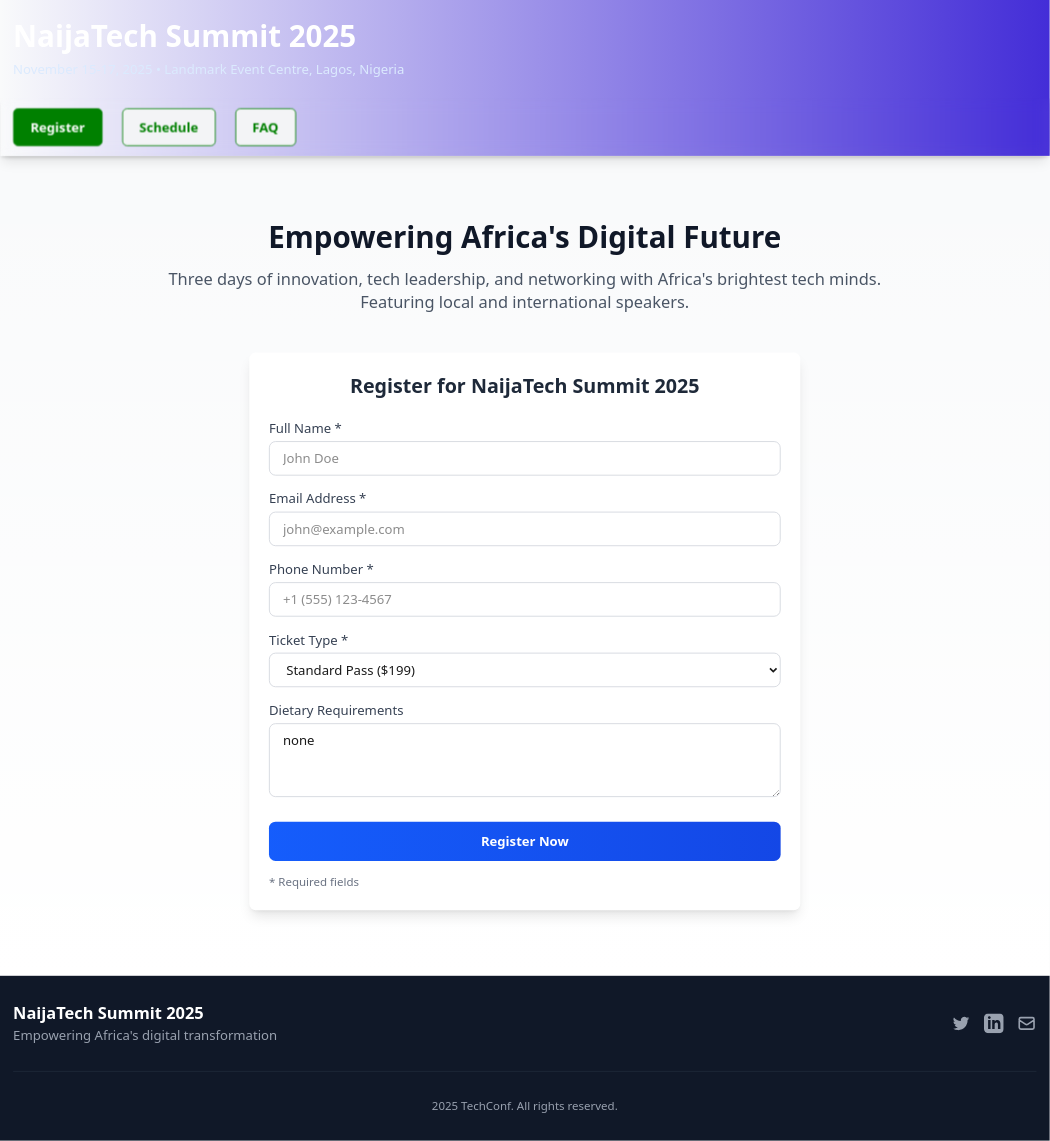
Repository: AYANO-EMMANUEL/fictional-tech-conf-event
Page: /
The author's editor kept a copy of each file at every save. The page is drawn from the files as they stood at one save, then again after the next save.
The browser window is 1280 px wide. The pictures show the whole page, at 82% of full size.
The project was rebuilt for these pictures with package versions that can differ from the ones it lists, and the page was loaded fresh each time. Also part of the build but not shown: vite.config.ts, src/components/Schedule/Schedule.tsx, src/components/FAQ/FAQ.tsx.

Above is the page before, as saved 2025-08-02 11:05:54.

### index.html
<!doctype html>
<html lang="en">
  <head>
    <meta charset="UTF-8" />
    <link rel="icon" type="image/svg+xml" href="/vite.svg" />
    <link rel="stylesheet" href="/src/index.css">
    <meta name="viewport" content="width=device-width, initial-scale=1.0" />
    <title>Vite + React + TS</title>
  </head>
  <body>
    <div id="root"></div>
    <script type="module" src="/src/main.tsx"></script>
  </body>
</html>

### src/index.css
/* @import "tailwindcss/components.css";
@import "tailwindcss/preflight.css";
@import "tailwindcss/utilities.css"; */
/* @tailwind base;
@tailwind components;
@tailwind utilities; */

@import "tailwindcss";

/* Custom styles */
.btn {
  display: inline-flex;
  align-items: center;
  justify-content: center;
  font-weight: 600;
  padding: 0.625rem 1.25rem;
  border-radius: 0.375rem;
  transition: all 0.2s ease-in-out;
  cursor: pointer;
  border: 1px solid transparent;
  box-shadow: 0 1px 2px 0 rgba(0, 0, 0, 0.05);
}

.btn:focus {
  outline: 2px solid transparent;
  outline-offset: 2px;
  box-shadow: 0 0 0 3px rgba(59, 130, 246, 0.5);
}

/* Primary Button */
.btn-primary {
  /* @apply bg-nigeria-green text-white hover:bg-green-700 focus:bg-green-700 active:bg-green-800; */
  background-color: green;
  color: white;
  border-color: green;
}

.btn-primary:focus {
  outline: 2px solid transparent;
  outline-offset: 2px;
  box-shadow: 0 0 0 3px rgba(59, 130, 246, 0.5);
}

.btn-primary:hover {
  transform: translateY(-1px);
  box-shadow: 0 4px 6px -1px rgba(0, 0, 0, 0.1), 0 2px 4px -1px rgba(0, 0, 0, 0.06);
}

.btn-primary:active {
  transform: translateY(0);
}

/* Secondary button */
.btn-secondary {
  /* @apply bg-white text-nigeria-green border-2 border-nigeria-green hover:bg-green-50 focus:bg-green-50 active:bg-green-100; */
  background-color: #f3f4f6;
  color: green;
  border: 1px solid green;
}

.btn-secondary:hover {
  background-color: #e5e7eb;
  transform: translateY(-1px);
  box-shadow: 0 4px 6px -1px rgba(0, 0, 0, 0.1), 0 2px 4px -1px rgba(0, 0, 0, 0.06);
}

.btn-secondary:active {
  transform: translateY(0);
}

.card {
  background-color: white;
  border-radius: 0.5rem;
  box-shadow: 0 4px 6px -1px rgb(0 0 0 / 0.1), 0 2px 4px -2px rgb(0 0 0 / 0.1);
  overflow: hidden;
  transition-property: all;
  transition-timing-function: cubic-bezier(0.4, 0, 0.2, 1);
  transition-duration: 200ms;
}

.card:hover {
  box-shadow: 0 10px 15px -3px rgb(0 0 0 / 0.1), 0 4px 6px -4px rgb(0 0 0 / 0.1);
}

.form-input {
  width: 100%;
  padding: 0.5rem 1rem;
  border-width: 1px;
  border-color: #d1d5db;
  border-radius: 0.5rem;
  transition-property: color, background-color, border-color, text-decoration-color, fill, stroke, opacity, box-shadow, transform, filter, backdrop-filter;
  transition-timing-function: cubic-bezier(0.4, 0, 0.2, 1);
  transition-duration: 200ms;
}

.form-input:focus {
  outline: 2px solid transparent;
  outline-offset: 2px;
  --tw-ring-offset-shadow: var(--tw-ring-inset) 0 0 0 var(--tw-ring-offset-width) var(--tw-ring-offset-color);
  --tw-ring-shadow: var(--tw-ring-inset) 0 0 0 calc(2px + var(--tw-ring-offset-width)) var(--tw-ring-color);
  box-shadow: var(--tw-ring-offset-shadow), var(--tw-ring-shadow), var(--tw-shadow, 0 0 #0000);
  --tw-ring-color: rgb(59 130 246 / 0.5);
  --tw-ring-offset-width: 0px;
  border-color: transparent;
}

.form-label {
  display: block;
  color: #374151;
  font-weight: 500;
  margin-bottom: 0.25rem;
}

/* Base styles */
:root {
  font-family: system-ui, -apple-system, BlinkMacSystemFont, 'Segoe UI', Roboto, 'Helvetica Neue', Arial, sans-serif;
  line-height: 1.5;
  font-weight: 400;
  color: #1a1a1a;
  background-color: #f9fafb;
  font-synthesis: none;
  text-rendering: optimizeLegibility;
  -webkit-font-smoothing: antialiased;
  -moz-osx-font-smoothing: grayscale;
}

/* Animations */
@keyframes fadeIn {
  from { opacity: 0; transform: translateY(10px); }
  to { opacity: 1; transform: translateY(0); }
}

.animate-fade-in {
  animation: fadeIn 0.3s ease-out forwards;
}

### src/main.tsx
import React from 'react';
import { createRoot } from 'react-dom/client';
import App from './App';
import './index.css';

const container = document.getElementById('root');
if (!container) throw new Error('Failed to find the root element');
const root = createRoot(container);

root.render(
  <React.StrictMode>
    <App />
  </React.StrictMode>
);

### src/App.tsx
import { useState } from 'react';
import { RegistrationForm } from './components/Form/RegistrationForm';
import Schedule from './components/Schedule/Schedule';
import FAQ from './components/FAQ/FAQ';

function App() {
  const [activeSection, setActiveSection] = useState<'register' | 'schedule' | 'faq'>('register');

  return (
    <div className="min-h-screen bg-gray-50">
      {/* Header */}
      <header className="bg-gradient-to-r from-[green-400] to-indigo-700 text-white shadow-lg">
        <div className="container mx-auto px-4 py-6">
          <h1 className="text-3xl md:text-4xl font-bold mb-2">NaijaTech Summit 2025</h1>
          <p className="text-blue-100">November 15-17, 2025 • Landmark Event Centre, Lagos, Nigeria</p>
        </div>

        {/* Navigation */}
        <nav className="bg-nigeria-green/90 backdrop-blur-sm shadow-md">
          <div className="container mx-auto px-4">
            <div className="flex flex-col sm:flex-row space-y-2 sm:space-y-0 sm:space-x-6 py-3">
              <button
                onClick={() => setActiveSection('register')}
                className={`btn ${activeSection === 'register'
                  ? 'btn-primary'
                  : 'btn-secondary'}`}
              >
                Register
              </button>
              <button
                onClick={() => setActiveSection('schedule')}
                className={`btn ${activeSection === 'schedule'
                  ? 'btn-primary'
                  : 'btn-secondary'}`}
              >
                Schedule
              </button>
              <button
                onClick={() => setActiveSection('faq')}
                className={`btn ${activeSection === 'faq'
                  ? 'btn-primary'
                  : 'btn-secondary'}`}
              >
                FAQ
              </button>
            </div>
          </div>
        </nav>
      </header>

      {/* Hero Section */}
      {activeSection === 'register' && (
        <section className="py-12 md:py-20 bg-gradient-to-b from-nigeria-greenLight to-white">
          <div className="container mx-auto px-4">
            <div className="max-w-4xl mx-auto text-center mb-12">
              <h2 className="text-3xl md:text-4xl font-bold text-gray-900 mb-4">
                Empowering Africa's Digital Future
              </h2>
              <p className="text-xl text-gray-600">
                Three days of innovation, tech leadership, and networking with Africa's brightest tech minds. Featuring local and international speakers.
              </p>
            </div>
            <RegistrationForm onSuccess={() => setActiveSection('schedule')} />
          </div>
        </section>
      )}

      {/* Schedule Section */}
      {activeSection === 'schedule' && (
        <section className="py-12 md:py-16 bg-white">
          <main className="container mx-auto px-4 py-8">
            <Schedule />
          </main>
        </section>
      )}

      {/* FAQ Section */}
      {activeSection === 'faq' && (
        <section className="py-12 md:py-16 bg-gray-50">
          <div className="container mx-auto px-4">
            <FAQ />
          </div>
        </section>
      )}

      {/* Footer */}
      <footer className="bg-gray-900 text-white py-8">
        <div className="container mx-auto px-4">
          <div className="flex flex-col md:flex-row justify-between items-center">
            <div className="mb-4 md:mb-0">
              <h3 className="text-xl font-bold">NaijaTech Summit 2025</h3>
              <p className="text-gray-400">Empowering Africa's digital transformation</p>
            </div>
            <div className="flex space-x-4">
              <a href="#" className="text-gray-400 hover:text-white transition-colors">
                <span className="sr-only">Twitter</span>
                <svg className="h-6 w-6" fill="currentColor" viewBox="0 0 24 24" aria-hidden="true">
                  <path d="M8.29 20.251c7.547 0 11.675-6.253 11.675-11.675 0-.178 0-.355-.012-.53A8.348 8.348 0 0022 5.92a8.19 8.19 0 01-2.357.646 4.118 4.118 0 001.804-2.27 8.224 8.224 0 01-2.605.996 4.107 4.107 0 00-6.993 3.743 11.65 11.65 0 01-8.457-4.287 4.106 4.106 0 001.27 5.477A4.072 4.072 0 012.8 9.713v.052a4.105 4.105 0 003.292 4.022 4.095 4.095 0 01-1.853.07 4.108 4.108 0 003.834 2.85A8.233 8.233 0 012 18.407a11.616 11.616 0 006.29 1.84" />
                </svg>
              </a>
              <a href="#" className="text-gray-400 hover:text-white transition-colors">
                <span className="sr-only">LinkedIn</span>
                <svg className="h-6 w-6" fill="currentColor" viewBox="0 0 24 24" aria-hidden="true">
                  <path fillRule="evenodd" d="M19 0h-14c-2.761 0-5 2.239-5 5v14c0 2.761 2.239 5 5 5h14c2.762 0 5-2.239 5-5v-14c0-2.761-2.238-5-5-5zm-11 19h-3v-11h3v11zm-1.5-12.268c-.966 0-1.75-.79-1.75-1.764s.784-1.764 1.75-1.764 1.75.79 1.75 1.764-.783 1.764-1.75 1.764zm13.5 12.268h-3v-5.604c0-3.368-4-3.113-4 0v5.604h-3v-11h3v1.765c1.396-2.586 7-2.777 7 2.476v6.759z" clipRule="evenodd" />
                </svg>
              </a>
              <a href="mailto:info@techconf.com" className="text-gray-400 hover:text-white transition-colors">
                <span className="sr-only">Email</span>
                <svg className="h-6 w-6" fill="none" stroke="currentColor" viewBox="0 0 24 24" xmlns="http://www.w3.org/2000/svg">
                  <path strokeLinecap="round" strokeLinejoin="round" strokeWidth={2} d="M3 8l7.89 5.26a2 2 0 002.22 0L21 8M5 19h14a2 2 0 002-2V7a2 2 0 00-2-2H5a2 2 0 00-2 2v10a2 2 0 002 2z" />
                </svg>
              </a>
            </div>
          </div>
          <div className="mt-8 pt-8 border-t border-gray-800 text-center text-gray-400 text-sm">
            <p> {new Date().getFullYear()} TechConf. All rights reserved.</p>
          </div>
        </div>
      </footer>
    </div>
  );
}

export default App;

### src/components/Form/RegistrationForm.tsx
import { useState, useEffect } from 'react';

interface FormData {
  fullName: string;
  email: string;
  phone: string;
  ticketType: 'standard' | 'vip' | 'student' | 'startup';
  state: string;
  organization: string;
  howHeard: string;
  dietaryRequirements: string;
}

interface RegistrationFormProps {
  onSuccess?: () => void;
}

export const RegistrationForm = ({ onSuccess }: RegistrationFormProps) => {
  const [formData, setFormData] = useState<FormData>({
    fullName: '',
    email: '',
    phone: '',
    ticketType: 'standard',
    state: '',
    organization: '',
    howHeard: '',
    dietaryRequirements: 'none',
  });

  const [errors, setErrors] = useState<Partial<FormData>>({});
  const [isSubmitted, setIsSubmitted] = useState(false);

  // Load saved form data from localStorage on component mount
  useEffect(() => {
    const savedFormData = localStorage.getItem('conferenceFormData');
    if (savedFormData) {
      setFormData(JSON.parse(savedFormData));
    }
  }, []);

  // Save form data to localStorage whenever it changes
  useEffect(() => {
    localStorage.setItem('conferenceFormData', JSON.stringify(formData));
  }, [formData]);

  const validateForm = (): boolean => {
    const newErrors: Partial<FormData> = {};
    let isValid = true;

    if (!formData.fullName.trim()) {
      newErrors.fullName = 'Full name is required';
      isValid = false;
    }

    if (!formData.email) {
      newErrors.email = 'Email is required';
      isValid = false;
    } else if (!/^[^\s@]+@[^\s@]+\.[^\s@]+$/.test(formData.email)) {
      newErrors.email = 'Please enter a valid email address';
      isValid = false;
    }

    if (!formData.phone) {
      newErrors.phone = 'Phone number is required';
      isValid = false;
    } else if (!/^\+?[0-9\s-]{10,}$/.test(formData.phone)) {
      newErrors.phone = 'Please enter a valid phone number';
      isValid = false;
    }

    setErrors(newErrors);
    return isValid;
  };

  const handleChange = (
    e: React.ChangeEvent<HTMLInputElement | HTMLSelectElement | HTMLTextAreaElement>
  ) => {
    const { name, value } = e.target;
    setFormData({
      ...formData,
      [name]: value,
    });
  };

  const handleSubmit = (e: React.FormEvent) => {
    e.preventDefault();
    if (validateForm()) {
      // In a real app, you would send the data to your backend here
      console.log('Form submitted:', formData);
      setIsSubmitted(true);
      // Reset form
      setFormData({
        fullName: '',
        email: '',
        phone: '',
        ticketType: 'standard',
        state: '',
        organization: '',
        howHeard: '',
        dietaryRequirements: 'none',
      });
      // Clear any saved form data from localStorage
      localStorage.removeItem('conferenceFormData');

      // Call the onSuccess callback if provided
      if (onSuccess) {
        onSuccess();
      }
    }
  };

  const nigerianStates = [
    'Abia', 'Adamawa', 'Akwa Ibom', 'Anambra', 'Bauchi', 'Bayelsa', 'Benue', 'Borno',
    'Cross River', 'Delta', 'Ebonyi', 'Edo', 'Ekiti', 'Enugu', 'FCT', 'Gombe',
    'Imo', 'Jigawa', 'Kaduna', 'Kano', 'Katsina', 'Kebbi', 'Kogi', 'Kwara',
    'Lagos', 'Nasarawa', 'Niger', 'Ogun', 'Ondo', 'Osun', 'Oyo', 'Plateau',
    'Rivers', 'Sokoto', 'Taraba', 'Yobe', 'Zamfara'
  ];

  if (isSubmitted) {
    return (
      <div className="text-center py-8">
        <div className="text-green-500 text-5xl mb-4">✓</div>
        <h3 className="text-xl font-semibold text-gray-800 mb-2">E Don Cast!</h3>
        <p className="text-gray-600">Your registration is complete! We've sent a confirmation to {formData.email}.</p>
        <p className="text-gray-600 mt-2">No go miss am, we dey wait you for Landmark Event Centre!</p>
      </div>
    );
  }

  return (
    <div className="bg-white shadow-lg rounded-lg p-6 max-w-2xl mx-auto transform transition-all duration-300 hover:shadow-xl">
      <h2 className="text-2xl font-bold text-gray-800 mb-6 text-center">
        Register for NaijaTech Summit 2025
      </h2>
      <form onSubmit={handleSubmit} className="space-y-4">
        <div>
          <label htmlFor="fullName" className="block text-gray-700 font-medium mb-1">
            Full Name *
          </label>
          <input
            type="text"
            id="fullName"
            name="fullName"
            value={formData.fullName}
            onChange={handleChange}
            className={`w-full px-4 py-2 border rounded-lg focus:ring-2 focus:ring-blue-500 focus:border-transparent ${
              errors.fullName ? 'border-red-500' : 'border-gray-300'
            }`}
            placeholder="John Doe"
          />
          {errors.fullName && (
            <p className="mt-1 text-sm text-red-600">{errors.fullName}</p>
          )}
        </div>

        <div>
          <label htmlFor="email" className="block text-gray-700 font-medium mb-1">
            Email Address *
          </label>
          <input
            type="email"
            id="email"
            name="email"
            value={formData.email}
            onChange={handleChange}
            className={`w-full px-4 py-2 border rounded-lg focus:ring-2 focus:ring-blue-500 focus:border-transparent ${
              errors.email ? 'border-red-500' : 'border-gray-300'
            }`}
            placeholder="john@example.com"
          />
          {errors.email && (
            <p className="mt-1 text-sm text-red-600">{errors.email}</p>
          )}
        </div>

        <div>
          <label htmlFor="phone" className="block text-gray-700 font-medium mb-1">
            Phone Number *
          </label>
          <input
            type="tel"
            id="phone"
            name="phone"
            value={formData.phone}
            onChange={handleChange}
            className={`w-full px-4 py-2 border rounded-lg focus:ring-2 focus:ring-blue-500 focus:border-transparent ${
              errors.phone ? 'border-red-500' : 'border-gray-300'
            }`}
            placeholder="+1 (555) 123-4567"
          />
          {errors.phone && (
            <p className="mt-1 text-sm text-red-600">{errors.phone}</p>
          )}
        </div>

        <div>
          <label htmlFor="ticketType" className="block text-gray-700 font-medium mb-1">
            Ticket Type *
          </label>
          <select
            id="ticketType"
            name="ticketType"
            value={formData.ticketType}
            onChange={handleChange}
            className="w-full px-4 py-2 border border-gray-300 rounded-lg focus:ring-2 focus:ring-blue-500 focus:border-transparent"
          >
            <option value="standard">Standard Pass ($199)</option>
            <option value="vip">VIP Pass ($399)</option>
            <option value="student">Student Pass ($99)</option>
          </select>
        </div>

        <div>
          <label htmlFor="dietaryRequirements" className="block text-gray-700 font-medium mb-1">
            Dietary Requirements
          </label>
          <textarea
            id="dietaryRequirements"
            name="dietaryRequirements"
            value={formData.dietaryRequirements}
            onChange={handleChange}
            rows={3}
            className="w-full px-4 py-2 border border-gray-300 rounded-lg focus:ring-2 focus:ring-blue-500 focus:border-transparent"
            placeholder="Any dietary restrictions or allergies?"
          />
        </div>

        <div className="pt-2">
          <button
            type="submit"
            className="w-full bg-gradient-to-r from-blue-600 to-blue-700 hover:from-blue-700 hover:to-blue-800 text-white font-bold py-3 px-4 rounded-lg transition-all duration-300 transform hover:scale-[1.02] hover:shadow-lg active:scale-95"
          >
            Register Now
          </button>
        </div>

        <p className="text-sm text-gray-500 mt-4">
          * Required fields
        </p>
      </form>
    </div>
  );
};

export default RegistrationForm;

After the next save:
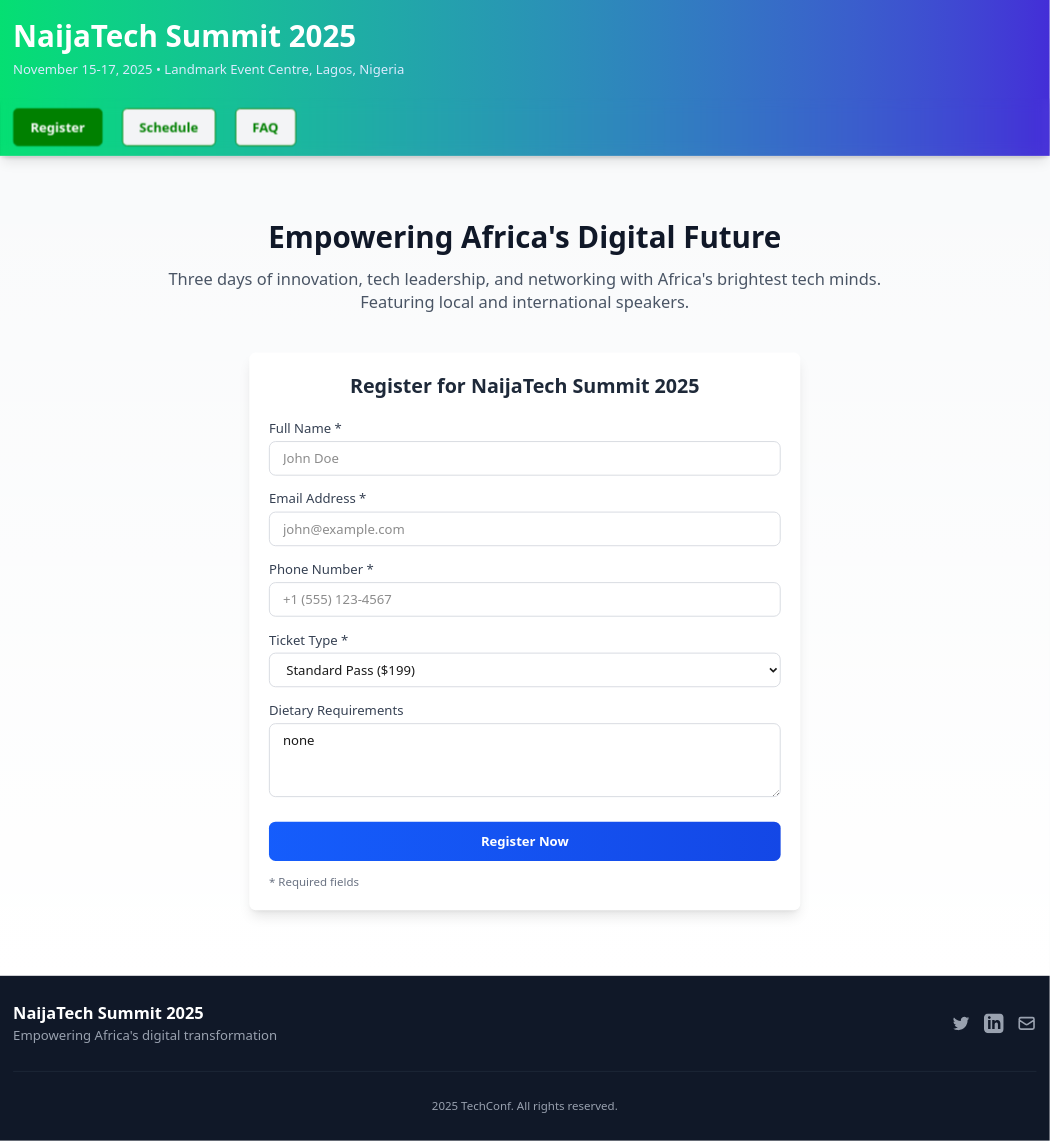
Saved 10 s later.
--- a/src/App.tsx
+++ b/src/App.tsx
@@ -9,7 +9,7 @@ function App() {
   return (
     <div className="min-h-screen bg-gray-50">
       {/* Header */}
-      <header className="bg-gradient-to-r from-[green-400] to-indigo-700 text-white shadow-lg">
+      <header className="bg-gradient-to-r from-green-400 to-indigo-700 text-white shadow-lg">
         <div className="container mx-auto px-4 py-6">
           <h1 className="text-3xl md:text-4xl font-bold mb-2">NaijaTech Summit 2025</h1>
           <p className="text-blue-100">November 15-17, 2025 • Landmark Event Centre, Lagos, Nigeria</p>
